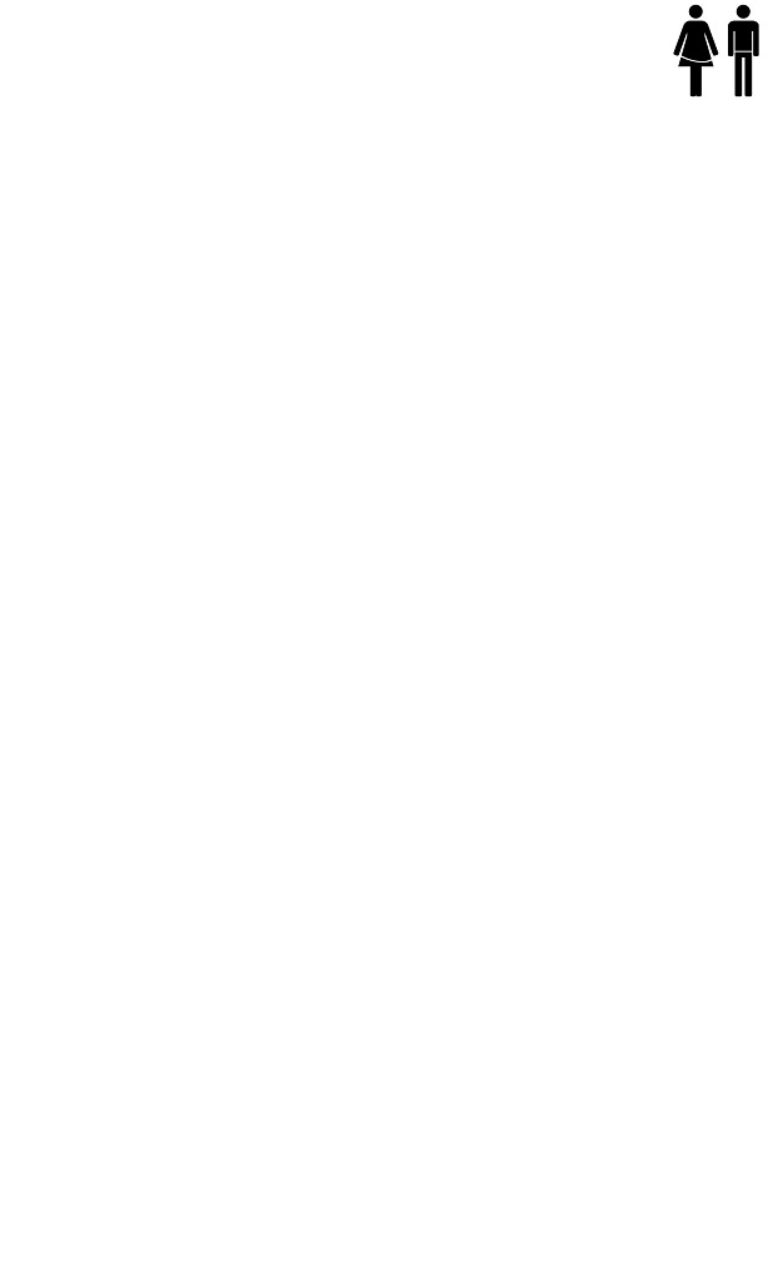
Repository: vinnare89/ASA
Layout: ASA/res/layout/list_item_layout.xml
The author's editor kept a copy of each file at every save. The layout is drawn from the files as they stood at one save, then again after the next save.
It is drawn on a 768 x 1280 px phone screen (xhdpi) without system bars, with theme AppTheme; the app's code is not run.

Above is the layout before, as saved 2013-12-28 19:16:42.

After the next save:
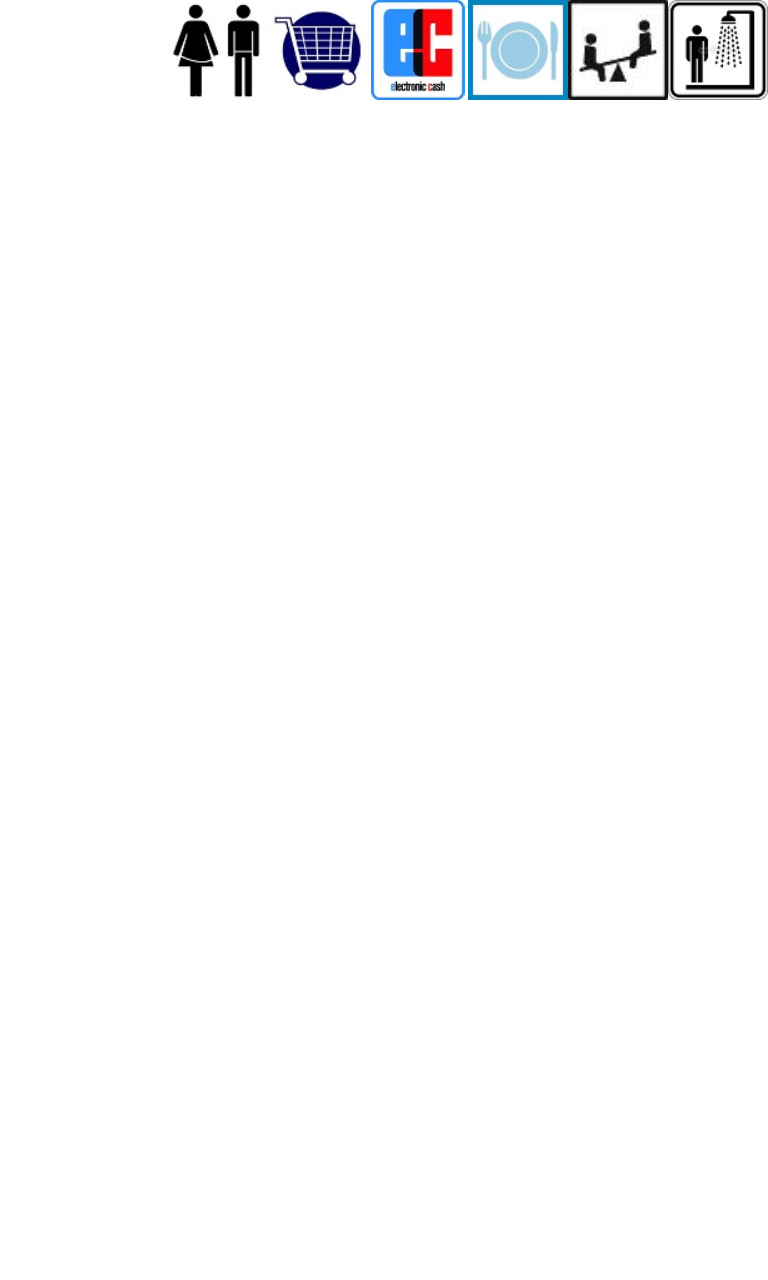
Saved 13 min 31 s later.
--- a/ASA/res/layout/list_item_layout.xml
+++ b/ASA/res/layout/list_item_layout.xml
@@ -20,6 +20,36 @@
             android:layout_height="50dp"
             android:src="@drawable/toilette"
             android:layout_gravity="right|center_vertical" />
+        <ImageView
+            android:id="@+id/shop"
+            android:layout_width="50dp"
+            android:layout_height="50dp"
+            android:src="@drawable/shop"
+            android:layout_gravity="right|center_vertical" />
+        <ImageView
+            android:id="@+id/ec"
+            android:layout_width="50dp"
+            android:layout_height="50dp"
+            android:src="@drawable/ec"
+            android:layout_gravity="right|center_vertical" />
+        <ImageView
+            android:id="@+id/imbiss"
+            android:layout_width="50dp"
+            android:layout_height="50dp"
+            android:src="@drawable/imbiss"
+            android:layout_gravity="right|center_vertical" />
+        <ImageView
+            android:id="@+id/spielplatz"
+            android:layout_width="50dp"
+            android:layout_height="50dp"
+            android:src="@drawable/spielplatz"
+            android:layout_gravity="right|center_vertical" />
+        <ImageView
+            android:id="@+id/dusche"
+            android:layout_width="50dp"
+            android:layout_height="50dp"
+            android:src="@drawable/dusche"
+            android:layout_gravity="right|center_vertical" />
 
     </TableRow>
 
